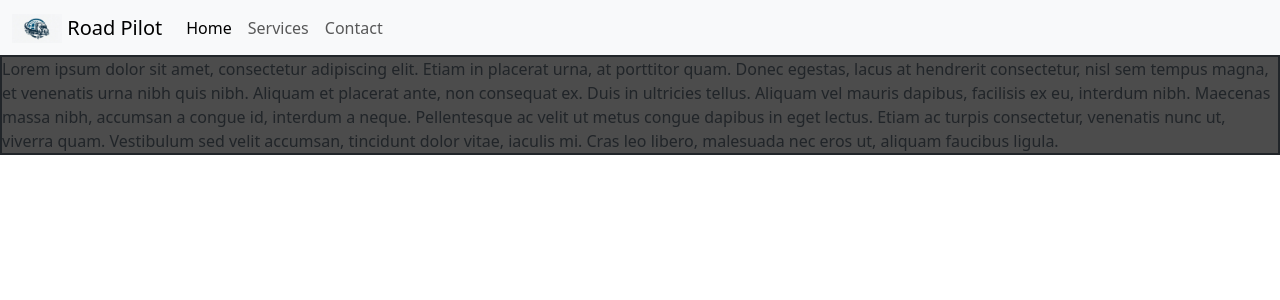
Repository: VictoriousMango/WebCreator
Page: index.html
These files come from the project's save history. The page is drawn as it stood at one moment and after the next save; the edit follows.
The browser window is 1280 px wide. The pictures show the whole page.

Above is the page before, as saved 2024-11-09 13:29:39.

After the next save:
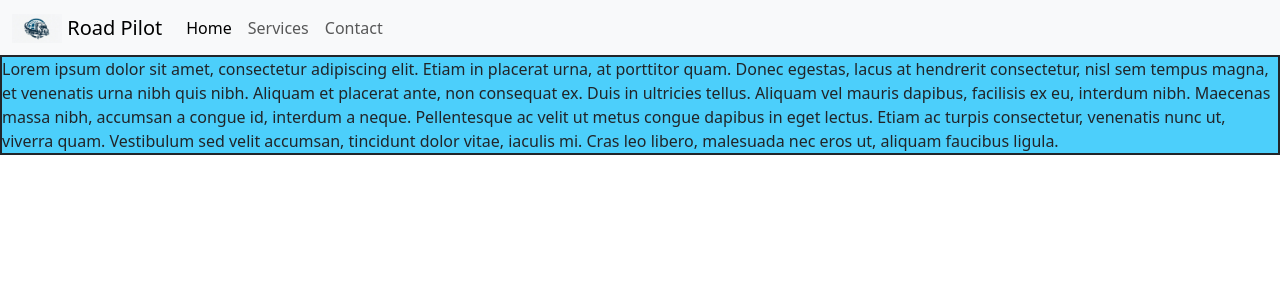
Saved 6 s later.
--- a/assets/css/index.css
+++ b/assets/css/index.css
@@ -2,5 +2,5 @@ footer {
     position: relative;
     bottom: 1px;
     border: 2px solid;
-    background-color: rgba(0, 0, 0, 0.7);
+    background-color: rgba(0, 187, 249, 0.7);
 }
